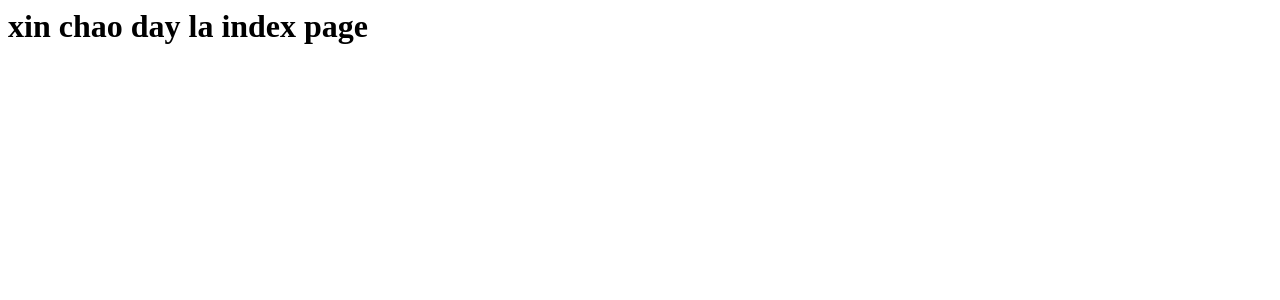
Repository: nvngon2604/nvngon2604
Page: index.html
An editor plug-in stored every save of this project. The page is shown before and after the next save, followed by the edit.
The browser window is 1280 px wide. The pictures show the whole page.

Above is the page before, as saved 2021-09-15 15:32:36.

### index.html
<h1>xin chao day la index page</h1>

After the next save:
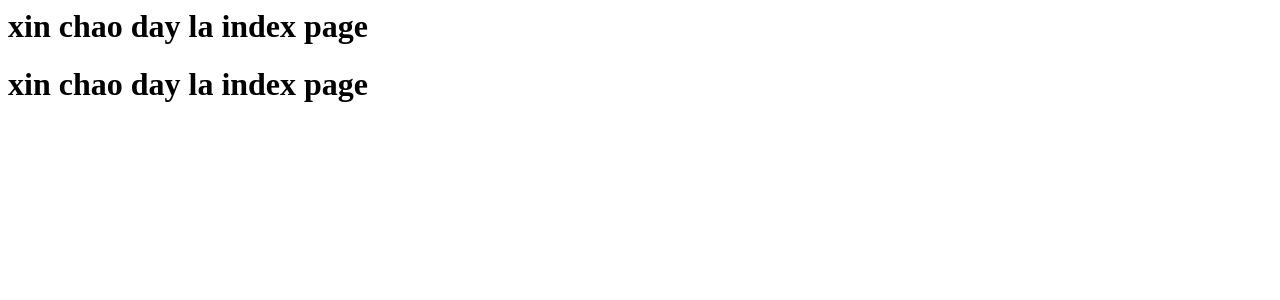
Saved 2 min 42 s later.
--- a/index.html
+++ b/index.html
@@ -1 +1,3 @@
 <h1>xin chao day la index page</h1>
+
+<h1>xin chao day la index page</h1>
